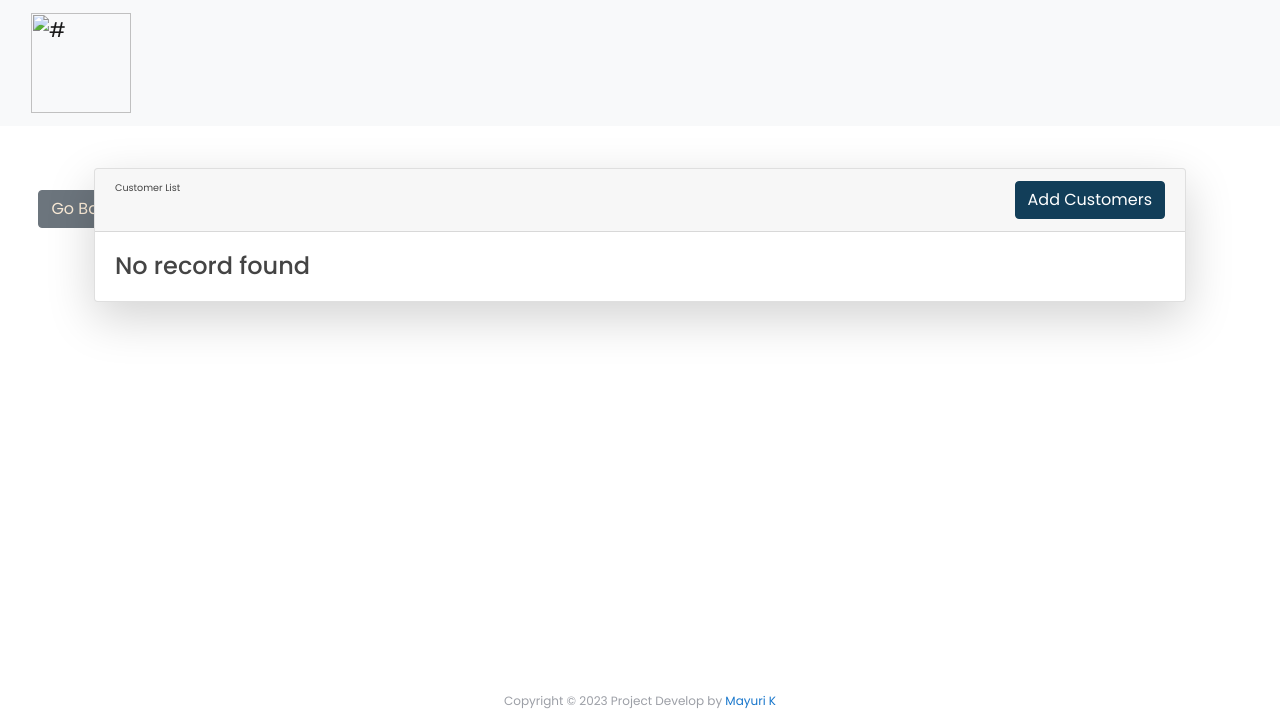
Repository: JyrossC/POS-PHP
Page: http://localhost/customer/customers.php
An editor plug-in stored every save of this project. The page is shown before and after the next save, followed by the edit.
The browser window is 1280 px wide. The pictures show the whole page.
Some web fonts or font styles are not loaded; a fallback is used. The page is run by PHP 8.4 with error messages shown; the project is at /var/www/html/. Queries for data that is not in the repository find no rows.

Above is the page before, as saved 2024-08-24 15:02:21.

After the next save:
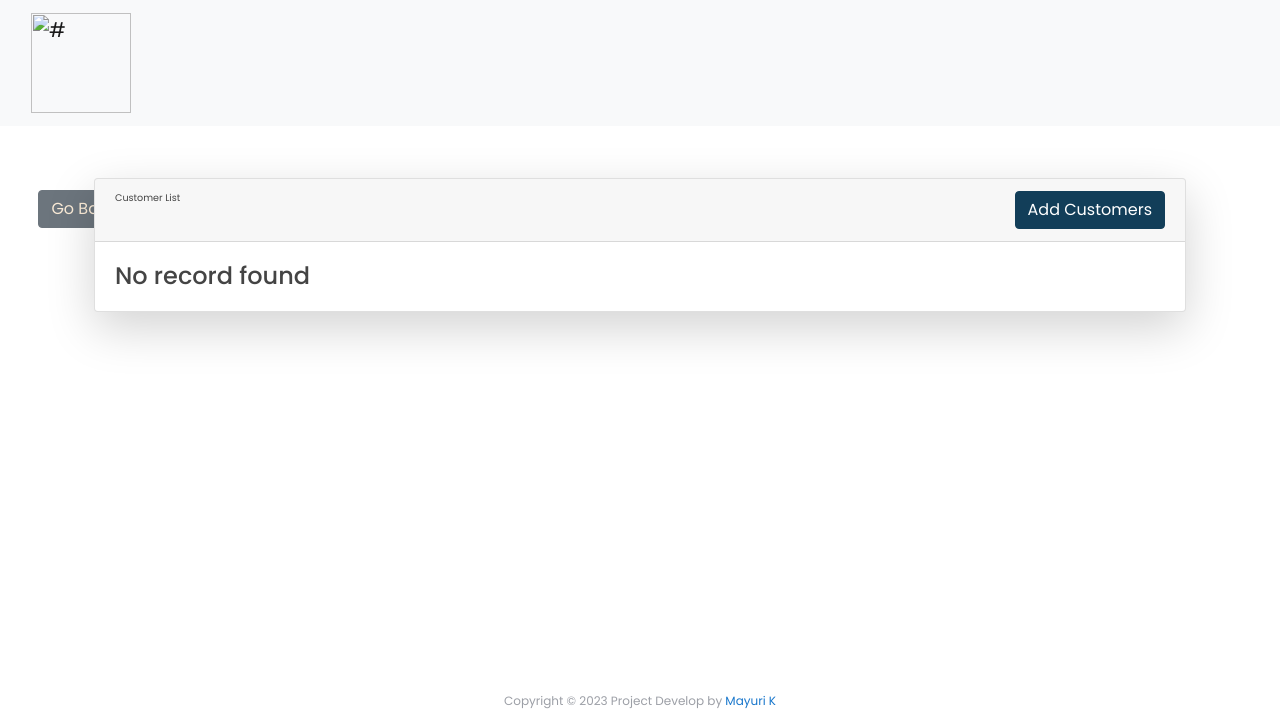
Saved 3 min 12 s later.
--- a/POS System/customer/customers.php
+++ b/POS System/customer/customers.php
@@ -15,7 +15,7 @@ include('navbar.php');
     </button>
 </div>
 
-<div class="container px-4" style="margin-top: -100px;" >
+<div class="container px-4" style="margin-top: -90px;" >
     <div class="card mt-4 shadow-lg">
         <div class="card-header">
             <small class="mb-0">Customer List
